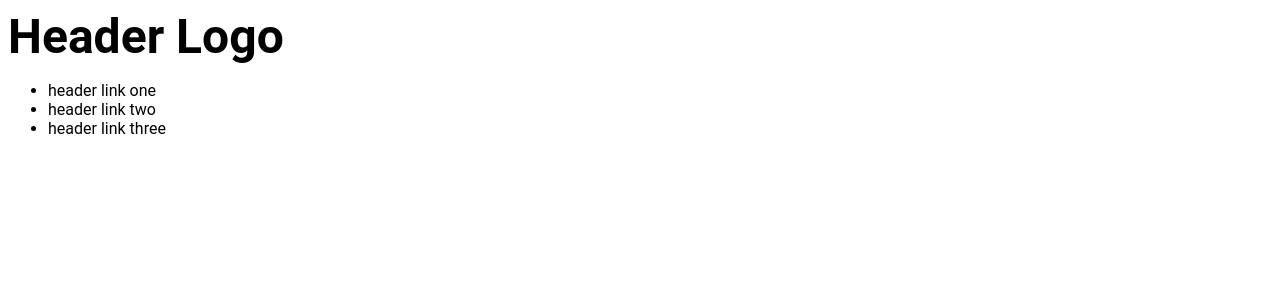
Repository: z1youRA/FirstWebsite
Page: index.html
These files come from the project's save history. The page is drawn as it stood at one moment and after the next save; the edit follows.
The browser window is 1280 px wide. The pictures show the whole page.

Above is the page before, as saved 2021-11-25 16:41:03.

After the next save:
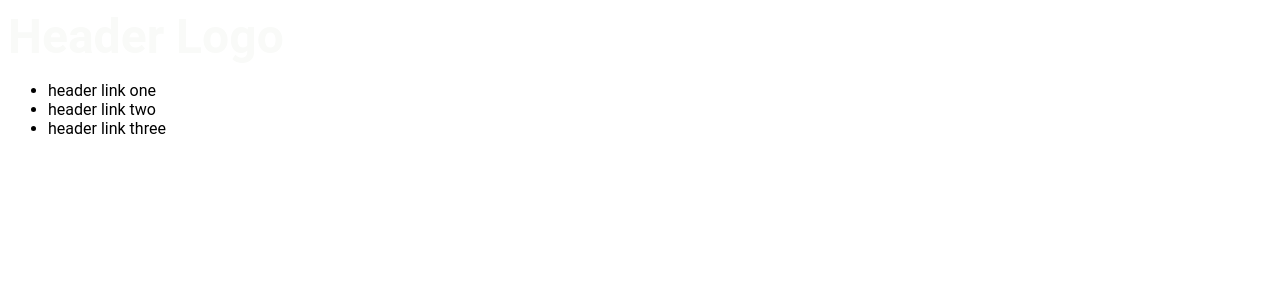
Saved 33 s later.
--- a/styles.css
+++ b/styles.css
@@ -5,4 +5,5 @@
 .header .logo {
     font-size: 48px;
     font-weight:bolder;
+    color: #F9FAF8;
 }
